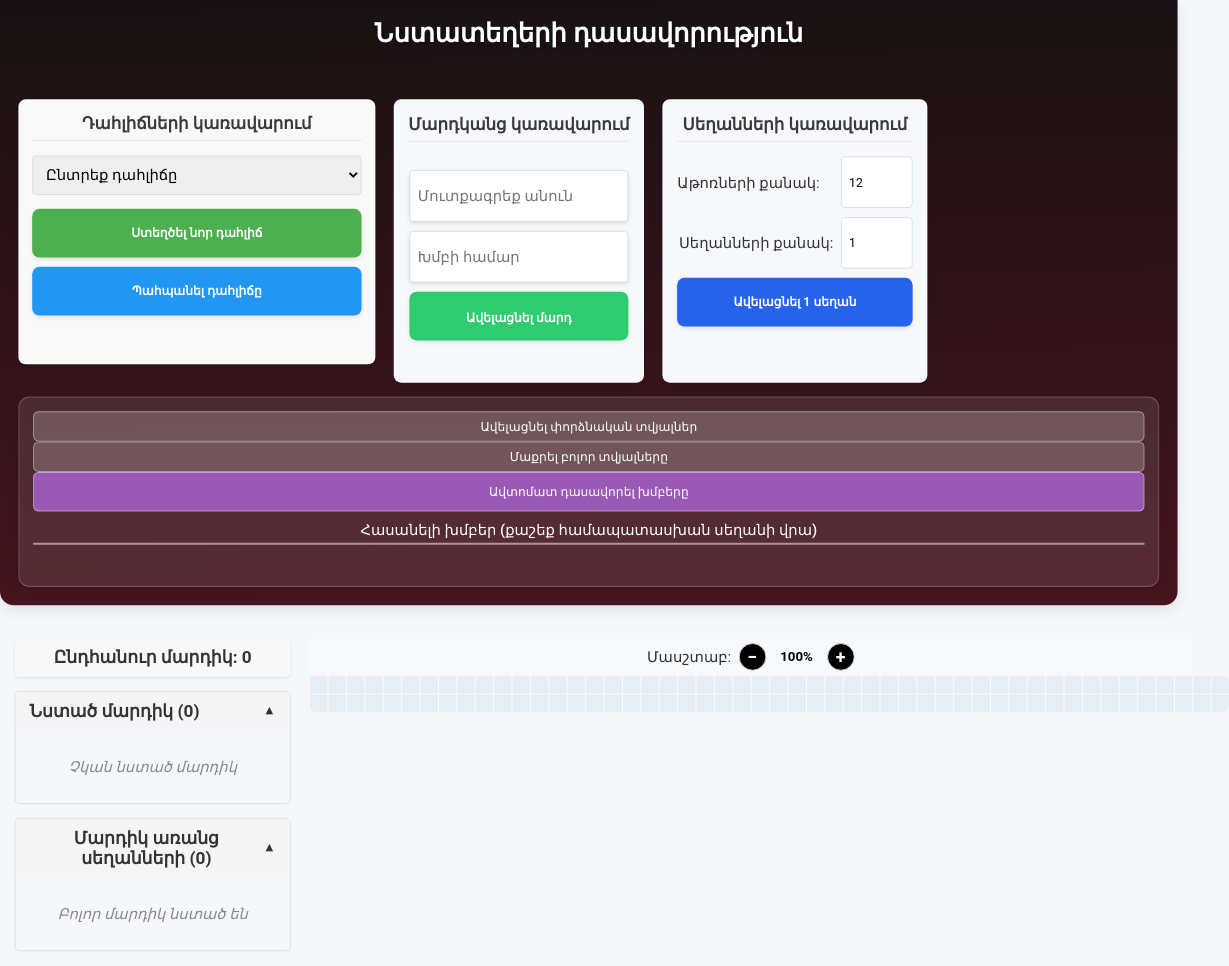
Repository: Vahan-23/Table-V2
Page: /
An editor plug-in stored every save of this project. The page is shown before and after the next save, followed by the edit.
The browser window is 1280 px wide. The page is 1336 px wide, so the pictures cover 1336 px, including what lies to the right of the window. The pictures show the whole page, at 92% of full size.
The project was rebuilt for these pictures with package versions that can differ from the ones it lists, and the page was loaded fresh each time.

Above is the page before, as saved 2025-03-03 18:43:50.

### src/component/App.css
/* Modern styles for the Seating Arrangement app */

* {
  margin: 0;
  padding: 0;
  font-family: 'Roboto', 'Segoe UI', Arial, sans-serif;
}

body {
  background-color: #f5f7fb;
  color: #333;
}

.app-container {
  display: flex;
  flex-direction: column;
  min-height: 100vh;
}

/* Header Styles */
.app-header {
  background: linear-gradient(179deg, #181213 0%, rgb(71 20 31) 100%);
  padding: 20px;
  border-radius: 0 0 15px 15px;
  box-shadow: 0 4px 15px rgba(0, 0, 0, 0.1);
  margin-bottom: 20px;
}

.header-content {
  display: flex;
  justify-content: space-between;
  align-items: center;
  max-width: 1600px;
  margin: 0 auto;
  width: 100%;
  flex-direction: column;
}

.logo {
  color: white;
  font-size: 28px;
  font-weight: bold;
  text-shadow: 2px 2px 4px rgba(0, 0, 0, 0.3);
  margin-bottom: 15px;
}

.header-controls {
  background: rgba(255, 255, 255, 0.15);
  backdrop-filter: blur(10px);
  padding: 15px;
  border-radius: 12px;
  box-shadow: inset 0 1px 1px rgba(255, 255, 255, 0.1), 0 1px 2px rgba(0, 0, 0, 0.1);
  display: flex;
  width: 80%;
}

.control-group {
  display: flex;
  flex-wrap: wrap;
  gap: 1rem;
  width: 100%;
}

.input-group {
  display: flex;
  gap: 10px;
  margin-bottom: 15px;
  align-items: center;
  justify-content: center;
}

.input-field {
  /* flex: 1; */
  padding: 10px 15px;
  border-radius: 8px;
  border: none;
  font-size: 16px;
  box-shadow: 0 2px 5px rgba(0, 0, 0, 0.1);
}

.input-field2 {
  /* flex: 1; */
  padding: 10px 15px;
  border-radius: 8px;
  border: none;
  font-size: 16px;
  box-shadow: 0 2px 5px rgba(0, 0, 0, 0.1);
}

.input-group input,
.table-controls input {
  height: 38px;
  padding: 0.5rem;
  border: 1px solid #ddd;
  border-radius: 4px;
  outline: none;
  transition: border-color 0.2s;
}

.input-group input:focus,
.table-controls input:focus {
  border-color: #2563eb;
}

.group-input-container {
  position: relative;
  flex: 1;
}

.group-dropdown {
  position: absolute;
  top: 100%;
  left: 0;
  width: 100%;
  max-height: 200px;
  overflow-y: auto;
  z-index: 10;
  background-color: white;
  border: none;
  border-radius: 8px;
  box-shadow: 0 4px 12px rgba(0, 0, 0, 0.15);
  margin-top: 5px;
}

.dropdown-item {
  padding: 10px 15px;
  cursor: pointer;
  border-bottom: 1px solid #eee;
  transition: background-color 0.2s;
}

.dropdown-item:hover {
  background-color: #f5f5f5;
}

.dropdown-item-new {
  padding: 10px 15px;
  cursor: pointer;
  background-color: #f0f0f0;
  font-style: italic;
  border-radius: 0 0 8px 8px;
  z-index: 2;
}

.dropdown-empty {
  padding: 10px 15px;
  color: #666;
}

button {
  cursor: pointer;
  border: none;
  border-radius: 4px;
  padding: 0.5rem 1rem;
  font-weight: 500;
  transition: all 0.2s;
}

.primary-btn {
  width: 100%;
  height: 53px;
  background-color: #2563eb;
  color: white;
  border: none;
  border-radius: 8px;
  font-weight: bold;
  cursor: pointer;
  box-shadow: 0 2px 5px rgba(0, 0, 0, 0.1);
  transition: transform 0.2s, background-color 0.2s;
}

.primary-btn:hover {
  background-color: #1d4ed8;
}

.add-person-btn {
  /* margin-left: 30px; */
  padding: 21px 20px;
  background-color: #2ecc71;
  color: white;
}

.add-person-btn:hover {
  background-color: #27ae60;
  transform: translateY(-2px);
}

.secondary-btn {
  padding: 8px 15px;
  background-color: rgba(255, 255, 255, 0.2);
  color: white;
  border: 1px solid rgba(255, 255, 255, 0.4);
  border-radius: 6px;
  cursor: pointer;
  transition: background-color 0.2s;
}

.secondary-btn:hover {
  background-color: rgba(255, 255, 255, 0.3);
}

.table-controls {
  display: flex;
  align-items: center;
  gap: 10px;
  margin-bottom: 15px;
  flex-direction: column;
}

.chair-count-input {
  height: 38px;
  padding: 0.5rem;
  border: 1px solid #ddd;
  border-radius: 4px;
  outline: none;
  transition: border-color 0.2s;
}

.add-table-btn {
  flex: 1;
  padding: 21px 15px;
  background-color: #3498db;
  color: white;
}

.add-table-btn:hover {
  background-color: #2980b9;
  transform: translateY(-2px);
}

.create-all-tables-btn {
  flex: 2;
  padding: 13px 15px;
  background-color: #9b59b6;
  color: white;
}

.create-all-tables-btn:hover {
  background-color: #8e44ad;
  transform: translateY(-2px);
}

/* Bottom controls section */
.bottom-controls {
  display: flex;
  justify-content: space-between;
  align-items: center;
}

/* Save controls */
.save-controls {
  display: flex;
  align-items: center;
  gap: 0.5rem;
}

/* Zoom controls */
.zoom-controls {
  display: flex;
  align-items: center;
  gap: 8px;
  background-color: rgba(255, 255, 255, 0.2);
  padding: 5px 10px;
  border-radius: 6px;
  justify-content: center;
}

.zoom-btn {
  width: 30px;
  height: 30px;
  border-radius: 50%;
  border: none;
  background-color: rgba(255, 255, 255, 0.3);
  color: white;
  font-size: 18px;
  font-weight: bold;
  cursor: pointer;
  display: flex;
  justify-content: center;
  align-items: center;
}

.zoom-controls button {
  width: 30px;
  height: 30px;
  display: flex;
  align-items: center;
  justify-content: center;
  background-color: #000000;
  border-radius: 50%;
  font-size: 1.2rem;
  padding: 0;
}

.zoom-controls span {
  font-size: 0.9rem;
  min-width: 50px;
  text-align: center;
}

.zoom-percentage {
  color: rgb(0, 0, 0);
  font-weight: bold;
}

/* Groups Container */
.groups-container {
  background-color: rgba(255, 255, 255, 0.1);
  border-radius: 12px;
  padding: 15px;
  margin-top: 15px;
  box-shadow: 0 2px 10px rgba(0, 0, 0, 0.1);
  border: 1px solid rgba(255, 255, 255, 0.2);
}

.groups-header {
  display: flex;
  flex-direction: column;
  gap: 10px;
}

.groups-header h3 {
  color: #ffffff;
  font-size: 1rem;
  font-weight: 500;
}

.groups-title {
  margin: 0 0 10px 0;
  font-size: 20px;
  color: white;
  font-weight: 600;
  border-bottom: 2px solid rgba(255, 255, 255, 0.5);
  padding-bottom: 5px;
  display: inline-block;
}

.groups-wrapper {
  display: flex;
  flex-wrap: nowrap;
  gap: 12px;
  overflow-x: auto;
  padding: 5px 0;
  max-height: 100px;
  max-width: 100%;
  scrollbar-width: thin;
  scrollbar-color: rgba(255, 255, 255, 0.5) transparent;
}

.groups-wrapper::-webkit-scrollbar {
  height: 6px;
  width: 6px;
}

.groups-wrapper::-webkit-scrollbar-track {
  background: #f1f1f1;
  border-radius: 10px;
}

.groups-wrapper::-webkit-scrollbar-thumb {
  background: #3498db;
  border-radius: 10px;
}

.groups-wrapper::-webkit-scrollbar-thumb:hover {
  background: #2980b9;
}

/* Main Content */
.main-content {
  display: flex;
  flex: 1;
  padding: 1rem;
  gap: 20px;
  max-width: 1600px;
  margin: 0 auto;
  width: 100%;
}

/* Sidebar */
.sidebar {
  width: 300px;
  flex-shrink: 0;
}

.unseated-people-list,
.people-list {
  background-color: white;
  border-radius: 8px;
  padding: 15px;
  margin-top: 20px;
  box-shadow: 0 2px 8px rgba(0, 0, 0, 0.1);
  margin-bottom: 1.5rem;
}

.unseated-people-list h3,
.people-list h3 {
  margin-top: 0;
  margin-bottom: 15px;
  color: #333;
  font-size: 18px;
  font-weight: 600;
  border-bottom: 1px solid #e5e7eb;
  padding-bottom: 0.5rem;
}

.unseated-people-grid,
.people-grid {
  display: grid;
  grid-template-columns: repeat(auto-fill, minmax(120px, 1fr));
  gap: 10px;
}

.unseated-person-card,
.person-card {
  position: relative;
  background-color: #f9f9f9;
  border-radius: 6px;
  padding: 10px;
  box-shadow: 0 1px 3px rgba(0, 0, 0, 0.1);
  font-size: 0.9rem;
  display: flex;
  justify-content: space-between;
  align-items: center;
}

.person-card {
  flex-direction: column;
  align-items: flex-start;
  gap: 0.25rem;
}

.person-name {
  display: block;
  font-weight: bold;
  font-size: 14px;
  margin-bottom: 4px;
}

.person-group {
  display: block;
  font-size: 12px;
  color: #666;
}

.group-tag {
  background-color: #e0e7ff;
  color: #4f46e5;
  border-radius: 4px;
  padding: 0.15rem 0.4rem;
  font-size: 0.75rem;
  font-weight: 500;
}

.delete-btn {
  position: absolute;
  top: 5px;
  right: 5px;
  width: 20px;
  height: 20px;
  border-radius: 50%;
  background-color: #e74c3c;
  color: white;
  border: none;
  display: flex;
  align-items: center;
  justify-content: center;
  font-size: 10px;
  cursor: pointer;
  opacity: 0.7;
  transition: opacity 0.2s;
}

.delete-btn:hover {
  background-color: #fee2e2;
  opacity: 1;
}

/* Tables Area */
.tables-area {
  background-image: linear-gradient(rgba(255, 255, 255, 0.8) 1px, transparent 1px),
    linear-gradient(90deg, rgba(255, 255, 255, 0.8) 1px, transparent 1px);
  background-size: 20px 20px;
  background-color: #e6eef5;
  flex: 1;
  min-height: 600px;
  border-radius: 8px;
  padding: 20px;
  position: relative;
  transform-origin: top left;
  display: flex;
  flex-wrap: wrap;
  gap: 2rem;
  align-content: flex-start;
  min-height: 70vh;
}

/* Table Styles */
.table-container {
  background-color: white;
  border-radius: 10px;
  box-shadow: 0 4px 12px rgba(0, 0, 0, 0.08);
  padding: 1rem;
  width: fit-content;
  margin-bottom: 20px;
  flex-shrink: 0;
}

.table-header {
  display: flex;
  justify-content: space-between;
  align-items: center;
  margin-bottom: 1rem;
}

.table-header h3 {
  font-size: 1rem;
  font-weight: 600;
  color: #374151;
}

.delete-table-btn {
  background-color: #fee2e2;
  color: #ef4444;
  font-size: 0.8rem;
  padding: 0.25rem 0.5rem;
}

.delete-table-btn:hover {
  background-color: #fecaca;
}

.table {
  margin: 20px;
  width: 200px;
  height: 200px;
  border: 50px solid #e7d8c7;
  border-radius: 50%;
  display: flex;
  justify-content: center;
  align-items: center;
  background-image: url('../../public/table.jpg');
  background-size: cover;
}

.table-top {
  position: relative;
  top: -15%;
  left: -15%;
}

.chair {
  position: absolute;
  width: 60px;
  height: 60px;
  background-size: cover;
  background-position: center;
  background-repeat: no-repeat;
  color: white;
  display: flex;
  justify-content: center;
  align-items: center;
  border-radius: 50%;
  font-size: 12px;
  text-align: center;
  cursor: pointer;
  transition: transform 0.2s ease, opacity 0.2s ease;
}

.chair:hover {
  transform: scale(1.1);
  opacity: 0.7;
}

/* New Table Dropzone */
.new-table-dropzone {
  width: 300px;
  height: 200px;
  border: 2px dashed #3498db;
  border-radius: 8px;
  display: flex;
  align-items: center;
  justify-content: center;
  background-color: rgba(52, 152, 219, 0.05);
  transition: all 0.3s;
  margin-bottom: 20px;
}

.new-table-dropzone.hovered {
  background-color: rgba(52, 152, 219, 0.47);
  border-color: #4f46e5;
}

.dropzone-content {
  display: flex;
  flex-direction: column;
  align-items: center;
  justify-content: center;
  text-align: center;
  padding: 20px;
  gap: 1rem;
}

.dropzone-icon {
  font-size: 32px;
  color: #3498db;
  margin-bottom: 10px;
}

.dropzone-text {
  font-size: 16px;
  font-weight: bold;
  color: #333;
}

/* Popup styles */
.popup-overlay {
  position: fixed;
  top: 0;
  left: 0;
  right: 0;
  bottom: 0;
  background-color: rgba(0, 0, 0, 0.5);
  display: flex;
  align-items: center;
  justify-content: center;
  z-index: 1000;
}

.popup {
  background-color: white;
  border-radius: 10px;
  padding: 1.5rem;
  min-width: 300px;
  max-width: 400px;
  max-height: 80vh;
  overflow-y: auto;
  box-shadow: 0 10px 25px rgba(0, 0, 0, 0.2);
}

.popup h3 {
  margin-bottom: 1rem;
  color: #374151;
}

.person-selection-list {
  list-style: none;
  margin-bottom: 1rem;
}

.person-selection-list li {
  padding: 0.75rem;
  border-radius: 6px;
  cursor: pointer;
  transition: background-color 0.2s;
}

.person-selection-list li:hover {
  background-color: #f3f4f6;
}

.close-btn {
  background-color: #e5e7eb;
  color: #4b5563;
  width: 100%;
  padding: 0.75rem;
  border-radius: 6px;
  margin-top: 1rem;
}

.close-btn:hover {
  background-color: #d1d5db;
}

/* Fullscreen popup styles */
.fullscreen-popup {
  position: fixed;
  top: 0;
  left: 0;
  width: 100%;
  height: 100%;
  background-color: rgba(0, 0, 0, 0.7);
  z-index: 1000;
  display: flex;
  justify-content: center;
  align-items: center;
}

.fullscreen-popup-overlay {
  position: absolute;
  top: 0;
  left: 0;
  width: 100%;
  height: 100%;
  background-color: rgba(0, 0, 0, 0.7);
  display: flex;
  justify-content: center;
  align-items: center;
}

.fullscreen-popup-content {
  background-color: white;
  border-radius: 8px;
  padding: 20px;
  max-width: 600px;
  width: 90%;
  max-height: 80vh;
  overflow-y: auto;
  box-shadow: 0 10px 25px rgba(0, 0, 0, 0.2);
}

.fullscreen-popup-content h3 {
  margin-top: 0;
  margin-bottom: 20px;
  text-align: center;
  font-size: 18px;
  color: #333;
}

.person-selection-grid {
  display: grid;
  grid-template-columns: repeat(auto-fill, minmax(180px, 1fr));
  gap: 15px;
  margin-bottom: 20px;
  max-height: 60vh;
  overflow-y: auto;
  padding: 10px;
  margin-top: 20px;
}

.person-selection-item {
  background-color: #f9f9f9;
  border: 1px solid #ddd;
  border-radius: 6px;
  padding: 12px;
  cursor: pointer;
  transition: all 0.2s ease;
  display: flex;
  flex-direction: column;
}

.person-selection-item:hover {
  background-color: #e8f4fd;
  transform: translateY(-2px);
  box-shadow: 0 4px 8px rgba(0, 0, 0, 0.1);
}

.person-selection-name {
  display: block;
  font-weight: bold;
  margin-bottom: 4px;
}

.person-selection-group {
  display: block;
  font-size: 12px;
  color: #666;
}

.no-people-message {
  text-align: center;
  padding: 20px;
  color: #666;
  grid-column: 1 / -1;
}

.close-popup-btn {
  display: block;
  margin: 0 auto;
  background-color: #3498db;
  color: white;
  border: none;
  border-radius: 4px;
  padding: 10px 20px;
  font-size: 16px;
  cursor: pointer;
  transition: background-color 0.2s ease;
}

.close-popup-btn:hover {
  background-color: #2980b9;
}

/* Remove person popup */
.remove-person-popup {
  text-align: center;
}

.popup-title {
  text-align: center;
  margin-bottom: 20px;
}

.person-info-card {
  background-color: #f9f9f9;
  padding: 15px;
  border-radius: 8px;
  margin-bottom: 20px;
  box-shadow: 0 2px 4px rgba(0, 0, 0, 0.1);
}

.person-info-name {
  text-align: center;
  font-size: 18px;
  margin: 0 0 10px 0;
  font-weight: bold;
}

.person-info-group {
  text-align: center;
  margin: 0;
  color: #666;
}

.confirmation-text {
  text-align: center;
  margin-bottom: 20px;
  color: #555;
}

.popup-buttons {
  display: flex;
  justify-content: center;
  gap: 15px;
}

.remove-btn {
  padding: 10px 20px;
  background-color: #e74c3c;
  color: white;
  border: none;
  border-radius: 4px;
  cursor: pointer;
  font-weight: bold;
}

.cancel-btn {
  padding: 10px 20px;
  background-color: #7f8c8d;
  color: white;
  border: none;
  border-radius: 4px;
  cursor: pointer;
}

/* Group card styles */
.group-card {
  flex: 0 0 auto;
  min-width: 100px;
  background-color: white;
  border-radius: 6px;
  padding: 8px 12px;
  box-shadow: 0 1px 3px rgba(0, 0, 0, 0.1);
  cursor: grab;
  transition: transform 0.2s, box-shadow 0.2s;
  border-left: 4px solid #3498db;
}

.group-card:hover {
  transform: translateY(-2px);
  box-shadow: 0 3px 6px rgba(0, 0, 0, 0.15);
}

.group-card.dragging {
  opacity: 0.5;
}

.group-name {
  font-weight: 600;
  font-size: 0.9rem;
  color: #2563eb;
  margin-bottom: 5px;
}

.group-count {
  font-size: 0.8rem;
  color: #6b7280;
  margin-top: 0.25rem;
}

/* Responsive adjustments */
@media (max-width: 992px) {
  .header-content {
    flex-direction: column;
    align-items: flex-start;
    gap: 1rem;
  }

  .header-controls {
    width: 100%;
  }

  .main-content {
    flex-direction: column;
  }

  .sidebar {
    width: 100%;
  }
}


.people-section {
  display: flex;
  flex-direction: column;
  gap: 15px;
}

.total-people-counter {
  background-color: #f8f8f8;
  padding: 10px;
  border-radius: 5px;
  text-align: center;
  box-shadow: 0 1px 3px rgba(0, 0, 0, 0.1);
}

.people-box {
  border: 1px solid #ddd;
  border-radius: 5px;
  overflow: hidden;
}

.people-header {
  display: flex;
  align-items: center;
  justify-content: space-between;
  padding: 10px 15px;
  background-color: #f5f5f5;
  cursor: pointer;
}

.people-header:hover {
  background-color: #e9e9e9;
}

.expand-arrow {
  font-size: 14px;
  transition: transform 0.3s ease;
}

.expand-arrow.expanded {
  transform: rotate(180deg);
}

.people-grid-container {
  max-height: 700px;
  overflow-y: auto;
}

.people-grid {
  display: grid;
  grid-template-columns: repeat(auto-fill, minmax(200px, 1fr));
  gap: 10px;
  padding: 10px;
}

.person-card {
  position: relative;
  padding: 10px;
  border-radius: 4px;
  box-shadow: 0 1px 3px rgba(0, 0, 0, 0.1);
  display: flex;
  flex-direction: column;
}

.person-card.seated {
  background-color: rgba(144, 238, 144, 0.2);
  border-left: 3px solid #4CAF50;
}

.person-card.unseated {
  background-color: rgba(255, 235, 205, 0.2);
  border-left: 3px solid #FFA500;
}

.person-name {
  font-weight: bold;
  margin-bottom: 4px;
}

.person-group {
  font-size: 12px;
  color: #666;
}

.delete-btn {
  position: absolute;
  top: 5px;
  right: 5px;
  width: 20px;
  height: 20px;
  border-radius: 50%;
  background-color: #ff6b6b;
  color: white;
  border: none;
  display: flex;
  align-items: center;
  justify-content: center;
  cursor: pointer;
  font-size: 10px;
}

.delete-btn:hover {
  background-color: #ff5252;
}

.empty-message {
  grid-column: 1 / -1;
  padding: 20px;
  text-align: center;
  color: #888;
  font-style: italic;
}

/* Scrollbar styling */
.people-grid-container::-webkit-scrollbar {
  width: 8px;
}

.people-grid-container::-webkit-scrollbar-track {
  background: #f1f1f1;
  border-radius: 4px;
}

.people-grid-container::-webkit-scrollbar-thumb {
  background: #888;
  border-radius: 4px;
}

.people-grid-container::-webkit-scrollbar-thumb:hover {
  background: #555;
}

/* Split header sections styling */
.header-sections {
  display: flex;
  width: 100%;
  gap: 20px;
  margin-top: 20px;
  justify-content: flex-start;
}

.header-section {
  /* flex: 1 1; */
  display: flex;
  height: auto;
  background-color: #f7f8fc;
  border-radius: 8px;
  padding: 16px;
  box-shadow: 0 2px 5px rgba(0, 0, 0, 0.05);
  flex-direction: column;
  justify-content: flex-start;


}

.section-main-title {
  color: #3a3a3a;
  margin-top: 0;
  margin-bottom: 16px;
  padding-bottom: 8px;
  border-bottom: 1px solid #e5e5e5;
  font-size: 18px;
}

/* People section specific */
.people-section .input-row {
  display: flex;
  gap: 10px;
  margin-bottom: 15px;
  flex-direction: column;
}

.people-section .data-management {
  margin-top: 20px;
}

/* Table section specific */
.tables-section .table-controls-row {
  display: flex;
  align-items: center;
  gap: 10px;
  margin-bottom: 15px;
  flex-direction: column;
  align-items: flex-end;
}

.tables-section .chair-count-container {
  display: flex;
  align-items: center;
  gap: 23px;
  justify-content: center;
}

.table-count-container {
  display: flex;
  align-items: center;
  gap: 8px;
}

.table-count-input {
  width: 60px;
}

.tables-section .chair-count-input {
  width: 60px;
}

.tables-section .zoom-controls {
  display: flex;
  align-items: center;
  margin-top: 20px;
  gap: 10px;
}

.zoom-buttons {
  display: flex;
  align-items: center;
}

.zoom-btn {
  width: 30px;
  height: 30px;
  display: flex;
  align-items: center;
  justify-content: center;
  border-radius: 4px;
  background-color: #f0f0f0;
  border: 1px solid #ddd;
  cursor: pointer;
}

.zoom-percentage {
  margin: 0 8px;
  min-width: 50px;
  text-align: center;
}

.data-buttons {
  display: flex;
  flex-direction: column;
  align-items: stretch;
}

.hall-management {
  background-color: #f9f9f9;
  border-radius: 8px;
  padding: 15px;
  margin-bottom: 20px;
  box-shadow: 0 2px 5px rgba(0, 0, 0, 0.1);
}

.hall-controls {
  display: flex;
  /* flex-wrap: wrap; */
  gap: 15px;
  margin-top: 10px;
  flex-direction: column;

}

.hall-dropdown-container {
  flex: 1;
  min-width: 250px;
}

.hall-select {
  width: 100%;
  padding: 10px;
  border-radius: 4px;
  border: 1px solid #ddd;
  font-size: 16px;
}

.hall-buttons {
  display: flex;
  gap: 10px;
  flex-wrap: wrap;
}

.current-hall-info {
  margin-top: 15px;
  padding: 10px;
  background-color: #e8f4fd;
  border-radius: 4px;
}

.hall-form {
  display: flex;
  flex-direction: column;
  gap: 15px;
  margin: 20px 0;
}

.form-group {
  display: flex;
  flex-direction: column;
  gap: 5px;
}

.form-group label {
  font-weight: bold;
}

.create-hall-btn {
  background-color: #4CAF50;
}

.save-hall-btn {
  background-color: #2196F3;
}

.delete-hall-btn {
  width: 100%;
  height: 53px;
  background-color: #f44336;
  color: white;
}
.delete-hall-btn:hover {
  width: 100%;
  height: 53px;
  background-color: #f44336ab;
  color: white;
}
.hall-management-container {
  width: 100%;
  margin-bottom: 20px;
}

Loaded but not shown: public/index.html (common file); src/index.js (common file); src/index.css (common file); src/reportWebVitals.js (common file); src/App.css (common file); src/App.js (12 lines, source omitted); src/component/SeatingArrangement.jsx (1373 lines, source omitted)

After the next save:
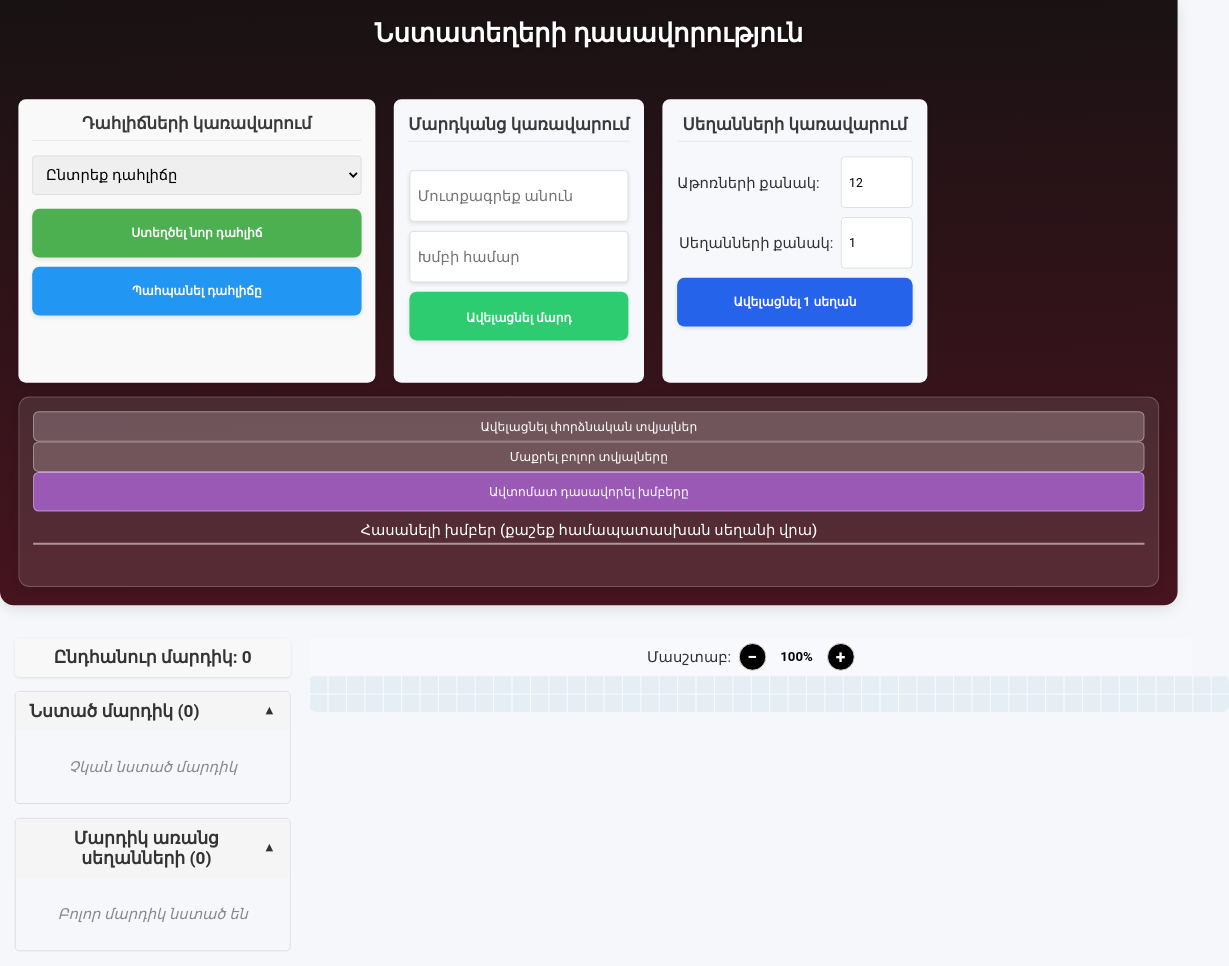
Saved 4 min 34 s later.
--- a/src/component/App.css
+++ b/src/component/App.css
@@ -1146,7 +1146,7 @@ button {
   background-color: #f9f9f9;
   border-radius: 8px;
   padding: 15px;
-  margin-bottom: 20px;
+  /* margin-bottom: 20px; */
   box-shadow: 0 2px 5px rgba(0, 0, 0, 0.1);
 }
 
